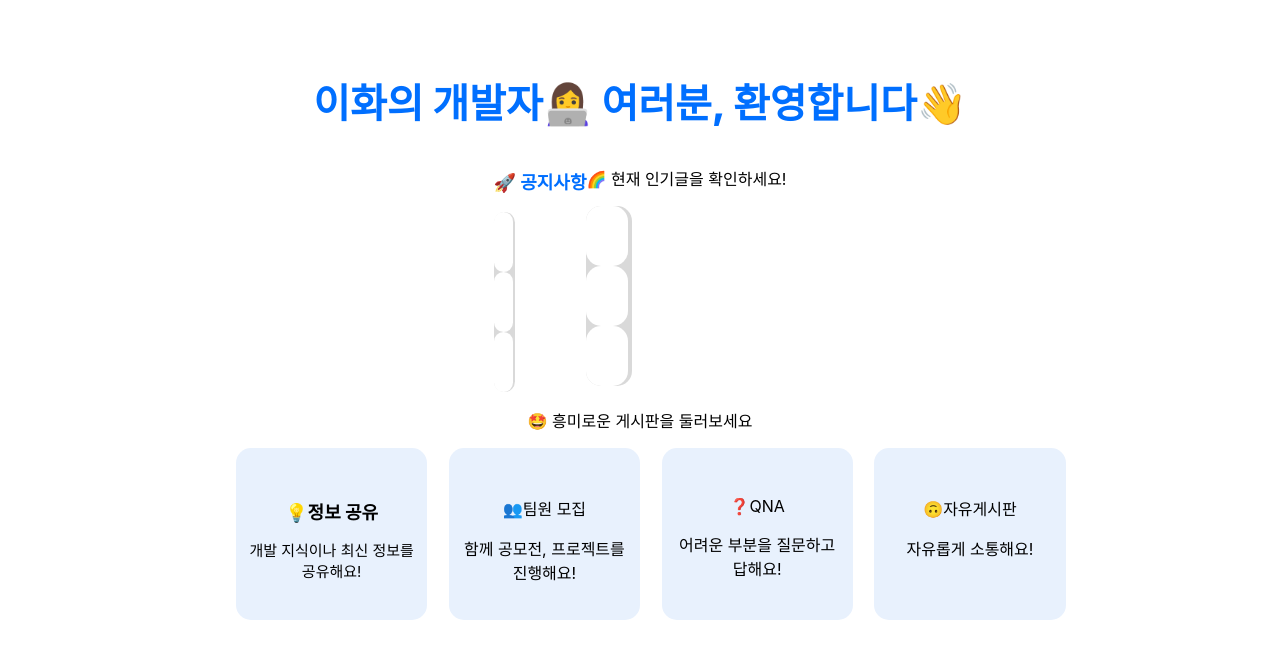
Repository: TeamCosine/Front
Page: /home
These files come from the project's save history. The page is drawn as it stood at one moment and after the next save; the edit follows.
The browser window is 1280 px wide. The pictures show the whole page.
The project was rebuilt for these pictures with package versions that can differ from the ones it lists, and the page was loaded fresh each time. Also part of the build but not shown: src/pages/Profile.js, src/pages/Login.js, src/components/MyInfo/Card.js, src/pages/MyInfo.js, src/pages/Write.js, src/components/common/Title.js, src/pages/Qna.js, src/pages/Invite.js.

Above is the page before, as saved 2023-07-15 21:55:49.

After the next save:
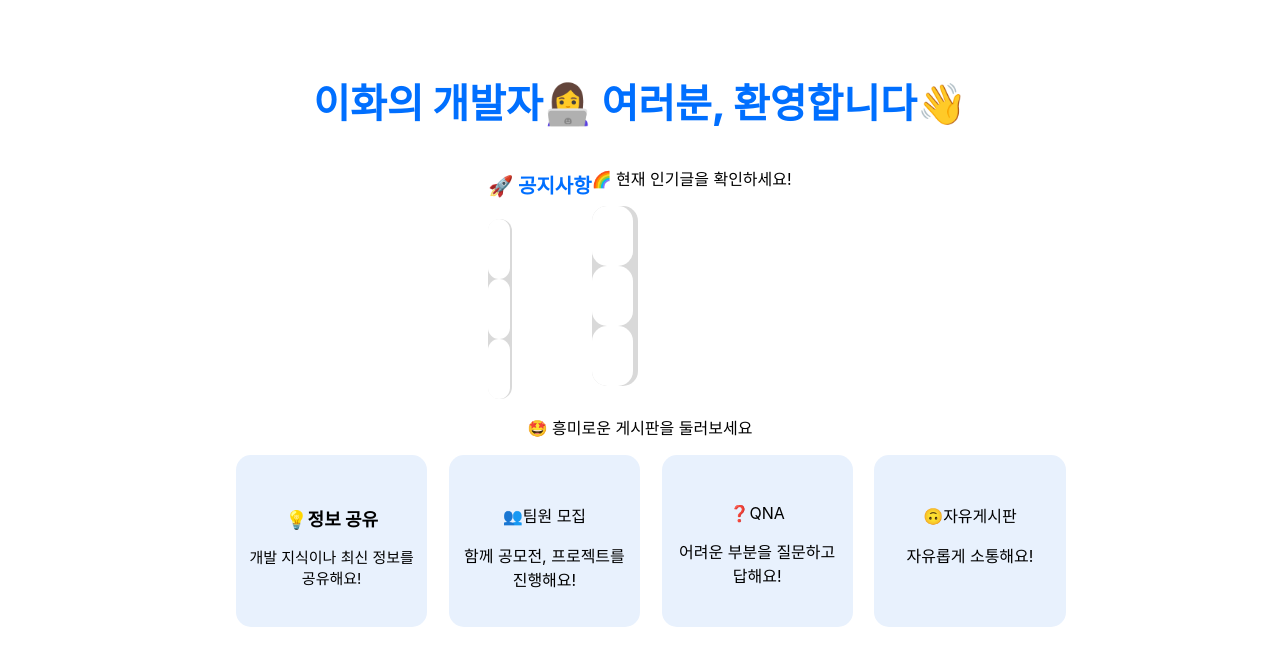
Saved 9 s later.
--- a/src/pages/Home.js
+++ b/src/pages/Home.js
@@ -70,7 +70,7 @@ const Home = () =>{
           <Title>이화의 개발자👩‍💻 여러분, 환영합니다👋</Title>
           <HomeContainer>
           <Row>
-            <p style={{color:"#006FFF", fontWeight:"bold", fontSize:"18px"}}>🚀 공지사항</p>
+            <p style={{color:"#006FFF", fontWeight:"bold", fontSize:"20px"}}>🚀 공지사항</p>
             <Container>
                 <Card/>
                 <Card/>
